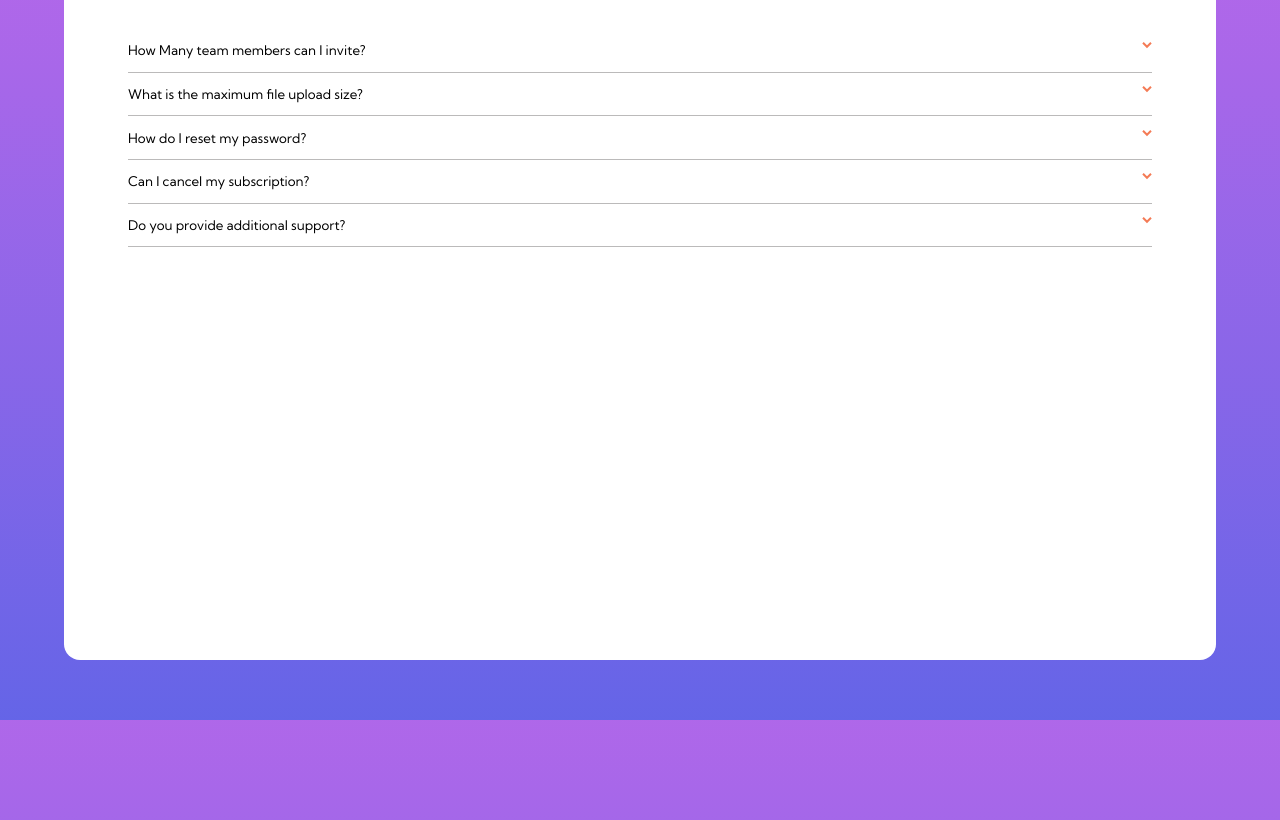
Repository: ryanwilll/ProjetoFAQ
Page: index.html
The author's editor kept a copy of each file at every save. The page is drawn from the files as they stood at one save, then again after the next save.
The browser window is 1280 px wide. The pictures show the whole page.

Above is the page before, as saved 2022-10-27 19:56:27.

After the next save:
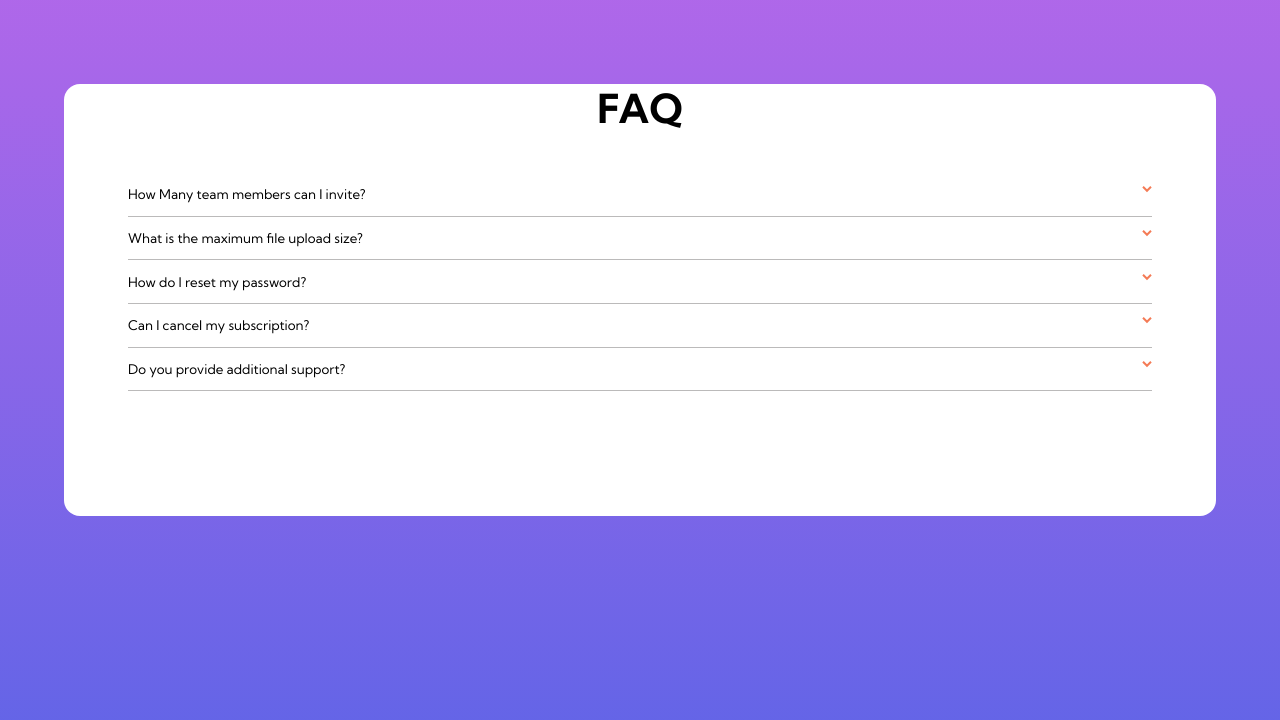
Saved 8 s later.
--- a/css/allmedia.css
+++ b/css/allmedia.css
@@ -128,6 +128,6 @@
     display: none;
   }
   .card-white {
-    height: 100vh;
+    height: 60vh;
   }
 }
